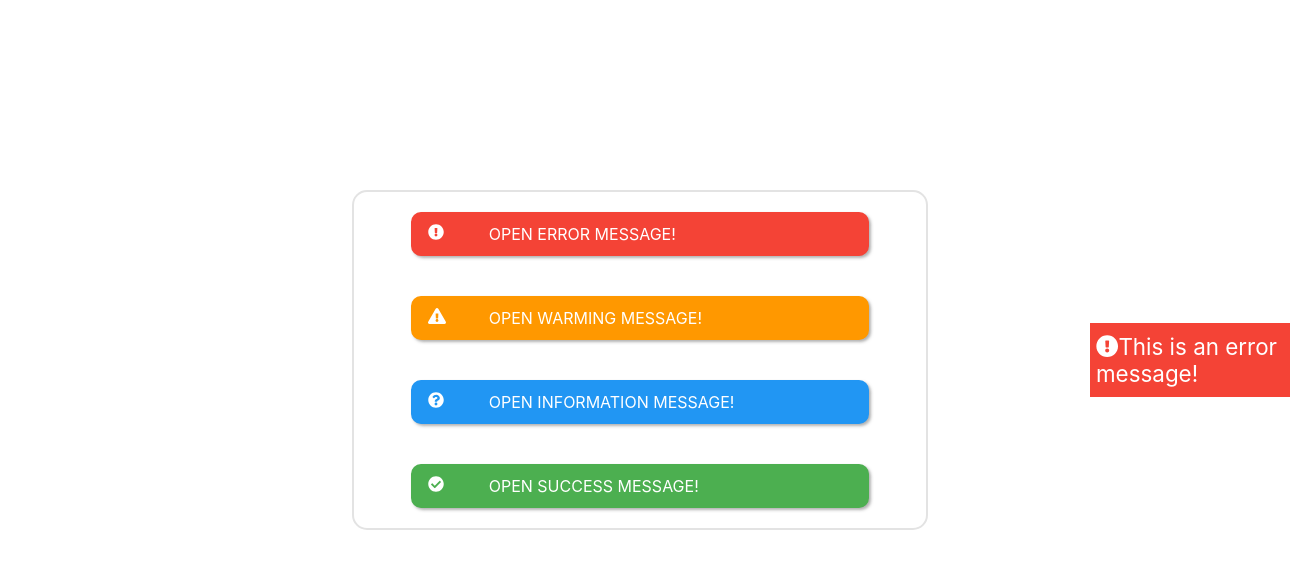
Repository: KrzysKolo/sr_tydzien5_zad2
Page: /, after clicking the first element matching `div.btn`
These files come from the project's save history. The page is drawn as it stood at one moment and after the next save; the edit follows.
The browser window is 1280 px wide. The page is 1290 px wide, so the pictures cover 1290 px, including what lies to the right of the window. The pictures show the whole page.
The project was rebuilt for these pictures with package versions that can differ from the ones it lists, and the page was loaded fresh each time.

Above is the page before, as saved 2020-12-28 04:27:03.

### public/index.html
<!DOCTYPE html>
<html lang="en">
  <head>
    <meta charset="utf-8" />
    <link rel="icon" href="%PUBLIC_URL%/favicon.ico" />
    <meta name="viewport" content="width=device-width, initial-scale=1" />
    <meta name="theme-color" content="#000000" />
    <meta
      name="description"
      content="Web site created using create-react-app"
    />
    <link rel="apple-touch-icon" href="%PUBLIC_URL%/logo192.png" />
    <!--
      manifest.json provides metadata used when your web app is installed on a
      user's mobile device or desktop. See https://developers.google.com/web/fundamentals/web-app-manifest/
    -->
    <link rel="manifest" href="%PUBLIC_URL%/manifest.json" />
    <!--
      Notice the use of %PUBLIC_URL% in the tags above.
      It will be replaced with the URL of the `public` folder during the build.
      Only files inside the `public` folder can be referenced from the HTML.

      Unlike "/favicon.ico" or "favicon.ico", "%PUBLIC_URL%/favicon.ico" will
      work correctly both with client-side routing and a non-root public URL.
      Learn how to configure a non-root public URL by running `npm run build`.
    -->
    <title>Zad 2 - snackbar</title>
  </head>
  <body>
    <noscript>You need to enable JavaScript to run this app.</noscript>
    <div id="root"></div>
    <!--
      This HTML file is a template.
      If you open it directly in the browser, you will see an empty page.

      You can add webfonts, meta tags, or analytics to this file.
      The build step will place the bundled scripts into the <body> tag.

      To begin the development, run `npm start` or `yarn start`.
      To create a production bundle, use `npm run build` or `yarn build`.
    -->
  </body>
</html>

### src/App.js
import React from 'react';
import Buttons from './components/Buttons';
import './App.css';
const App = () => {
  return (
    <div className="wrapper--btn">
      <Buttons />
    </div>
  )
}

export default App;

### src/components/Buttons.js
import React from 'react';
import ButtonsData from './../data/ButtonsData';
import Button from './Button';


const Buttons = () => {

    return (
        <>
            {ButtonsData.map(button =>
                <Button key={button.id} data={button} />
            )}

        </>
    )
}

export default Buttons;

### src/App.css
* {
  box-sizing: border-box;
  margin: 0;
}
body {
  width: 100vw;
  height: 100vh;
  display: flex;
  flex-direction: row;
  justify-content: center;
  align-items: center;
  position: absolute;
}
.wrapper--btn {
  border: 2px solid #e3e3e3;
  border-radius: 15px;
  width: 45vw;
  display: flex;
  flex-direction: column;
  justify-content: center;
  align-items: center;
}
.btn {
  border-radius: 10px;
  color: rgb(240, 239, 244);
  cursor: pointer;
  outline: none;
  padding: 10px 15px;
  margin: 20px;
  width: 80%;
  display: grid;
  grid-template-columns: 0.5fr 3fr;
  box-shadow: 2px 2px 3px rgba(102, 102, 102, 0.5);
  transition: all 0.3s ease-in-out;
}
.snackbar {
  font-size: 1.4rem;
  width: 200px;
  padding: 10px 6px;
}
.error {
  color: white;
  background: rgb(244, 67, 54);
}

.success {
  color: rgb(124, 0, 0);
  background: rgb(76, 175, 80);
}
.information {
  color: yellow;
  background: rgb(33, 150, 243);
}

.warning {
  background: rgb(255, 152, 0);
  color: black;
}
.top-right {
  position: absolute;
  top: calc(-100vh / 1px);
  right: -10px;
}

### src/data/ButtonsData.js
const ButtonsData = [
    {
      id: 0,
      name: "OPEN ERROR MESSAGE!",
      color: "rgb(244, 67, 54)",
      icon: "faExclamationCircle",
      type: "error",
      message: "This is an error message!",
    },
    {
      id: 1,
      name: "OPEN WARMING MESSAGE!",
      color: "rgb(255, 152, 0)",
      icon: "faExclamationTriangle",
      type: "warning",
      message: "This is a warning message!",
    },
    {
      id: 2,
      name: "OPEN INFORMATION MESSAGE!",
      color: "rgb(33, 150, 243)",
      icon: "faQuestionCircle",
      type: "information",
      message: "This is an information message!",
    },
    {
      id: 3,
      name: "OPEN SUCCESS MESSAGE!",
      color: "rgb(76, 175, 80)",
      icon: "faCheckCircle",
      type: "success",
      message: "This is a success message!",
    },

  ]
 export default ButtonsData;

### src/components/Button.js
import React, { useState } from 'react';
import Icons from './Icons';
import Snackbar from './Snackbar';


const Button = ({data } ) => {

    const [isHover, setIsHover] = useState(false);
    const OutStyle = {
        border: `2px solid ${data.color}`,
        background: data.color,
        color: "#fff",
      };

      const OverStyle = {
        border: `2px solid ${data.color}`,
        backgroundColor: "#fff",
        color: data.color,

      };
    const [shownSnackbar, setShownSnackbar] = useState(false);
    const handleClick = () => {

        setShownSnackbar(true);

    };
    return (
        <>

        <div className="btn"
        /* onClick={() => switchFunction(event)} */
        onClick={handleClick}
        style={isHover ? OverStyle : OutStyle}
        onMouseOver={() => setIsHover(true)}
        onMouseOut={() => setIsHover(false)}>
            <Icons icon={data.icon}/>
             {data.name}
        </div>
        {shownSnackbar && <Snackbar type={data.type} position={"top-right"} message={data.message} icon={data.icon} />}
        </>
    )
}

export default Button;

### src/components/Icons.js
import React from 'react';
import { FontAwesomeIcon } from '@fortawesome/react-fontawesome';
import { faCheckCircle, faQuestionCircle, faExclamationTriangle, faExclamationCircle } from '@fortawesome/free-solid-svg-icons';

const Icons = ({icon}) => {

        switch (icon) {
            case 'faExclamationCircle': return <FontAwesomeIcon icon={faExclamationCircle} />;
            case 'faExclamationTriangle': return <FontAwesomeIcon icon={faExclamationTriangle} />;
            case 'faQuestionCircle': return <FontAwesomeIcon icon={faQuestionCircle} />;
            case 'faCheckCircle': return <FontAwesomeIcon icon={faCheckCircle} />;
            default: return null;
            }



}

export default Icons;

### src/components/Snackbar.js
import React from 'react';
import Icons from './Icons';
const Snackbar = ({type, message, icon, position}) => {
    return (
        <div className={`snackbar ${type} ${position}`}>
           <Icons icon={icon} />{message}
        </div>
    )
}

export default Snackbar

Loaded but not shown: src/index.js (common file); src/index.css (common file)

After the next save:
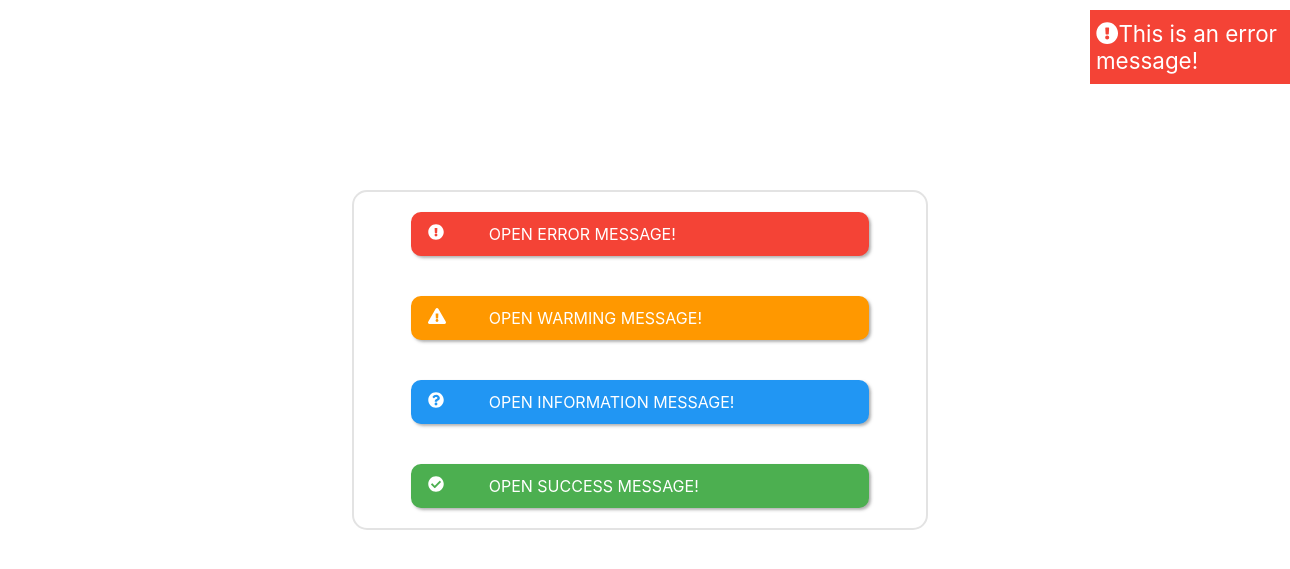
Saved 45 s later.
--- a/src/App.css
+++ b/src/App.css
@@ -58,6 +58,6 @@ body {
 }
 .top-right {
   position: absolute;
-  top: calc(-100vh / 1px);
+  top: 10px;
   right: -10px;
 }
